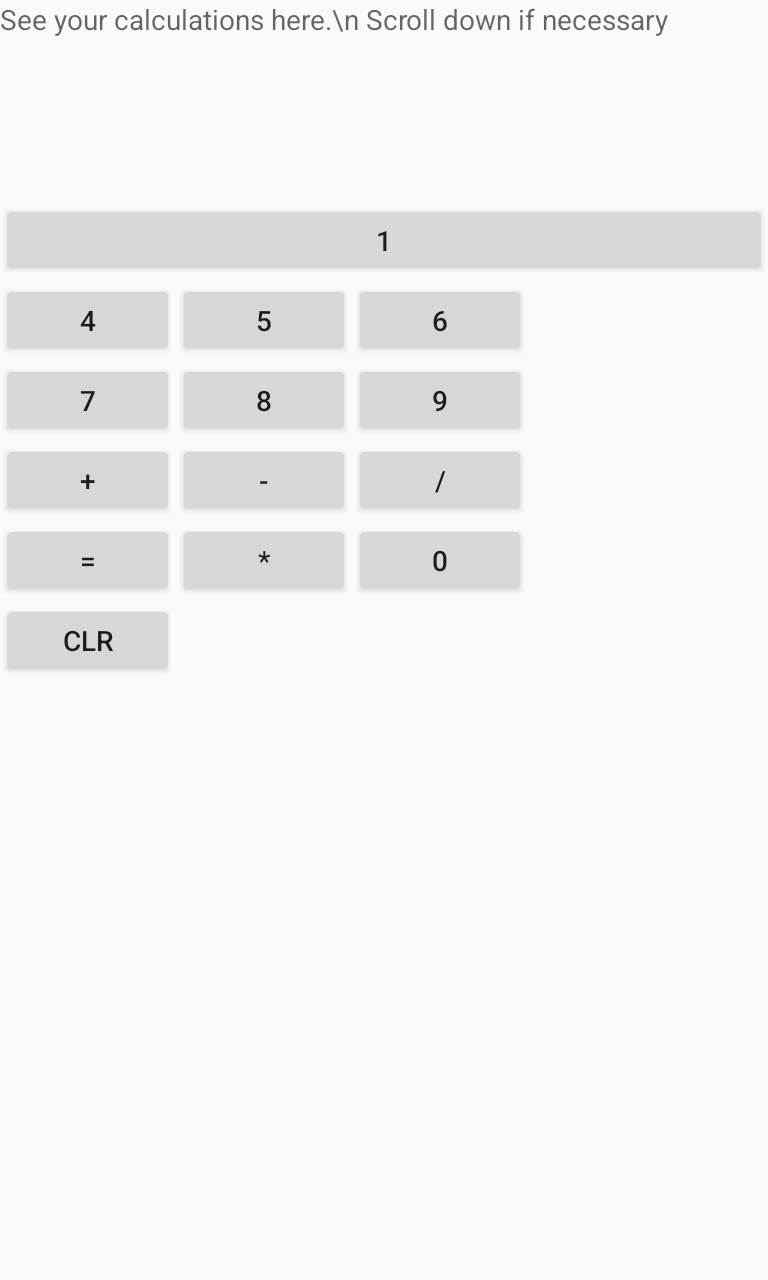
Repository: apoorvelec/AndroidApps
Layout: Calculator1pt1/res/layout/activity_main.xml
These files come from the project's save history. The layout is drawn as it stood at one moment and after the next save; the edit follows.
It is drawn on a 768 x 1280 px phone screen (xhdpi) without system bars, with theme AppTheme; the app's code is not run.

Above is the layout before, as saved 2016-05-22 18:00:27.

After the next save:
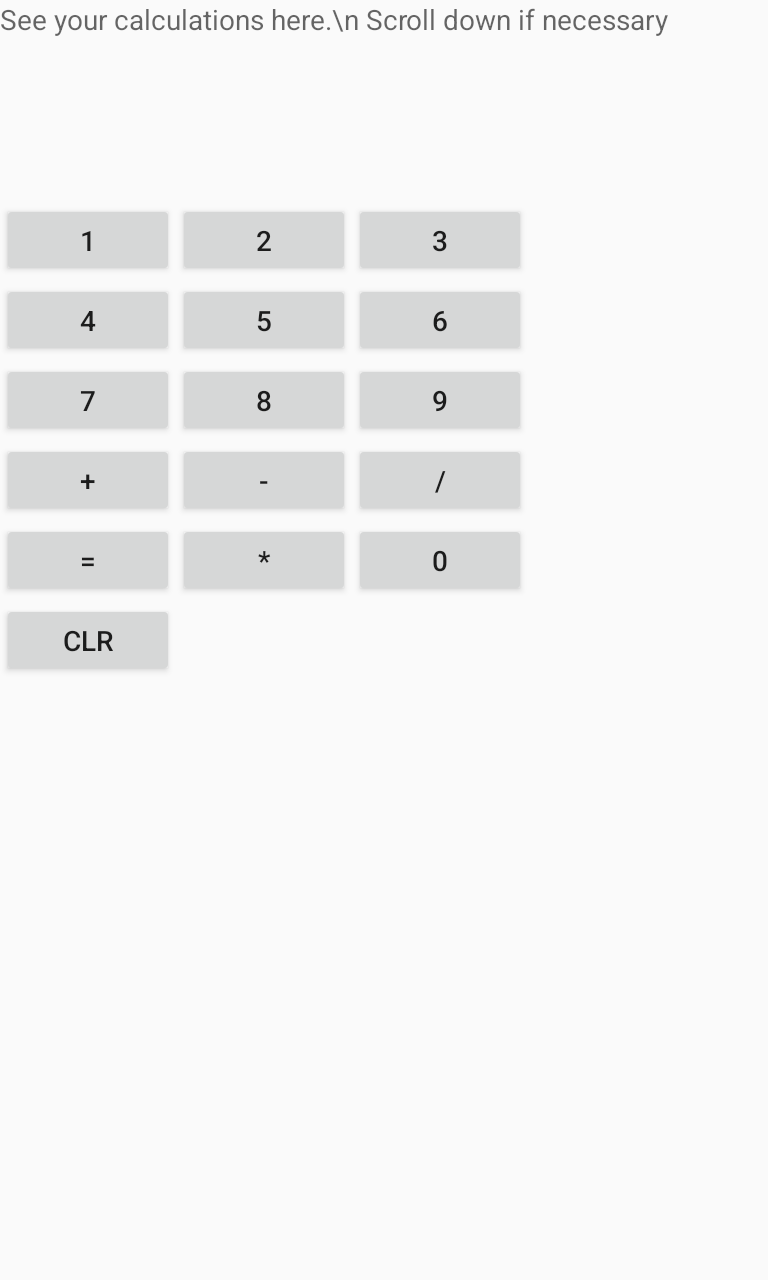
Saved 51 s later.
--- a/Calculator1pt1/res/layout/activity_main.xml
+++ b/Calculator1pt1/res/layout/activity_main.xml
@@ -16,17 +16,17 @@
    android:layout_height="40dp"
    android:orientation="horizontal" >
    	<Button android:id="@+id/button1"
-      android:layout_width="fill_parent"
+      android:layout_width="wrap_content"
       android:layout_height="wrap_content"
       android:text="1"
       android:onClick="buttonClick" />
    	<Button android:id="@+id/button2"
-      android:layout_width="fill_parent"
+      android:layout_width="wrap_content"
       android:layout_height="wrap_content"
       android:text="2"
       android:onClick="buttonClick" />
    	<Button android:id="@+id/button3"
-      android:layout_width="fill_parent"
+      android:layout_width="wrap_content"
       android:layout_height="wrap_content"
       android:text="3"
       android:onClick="buttonClick" />
